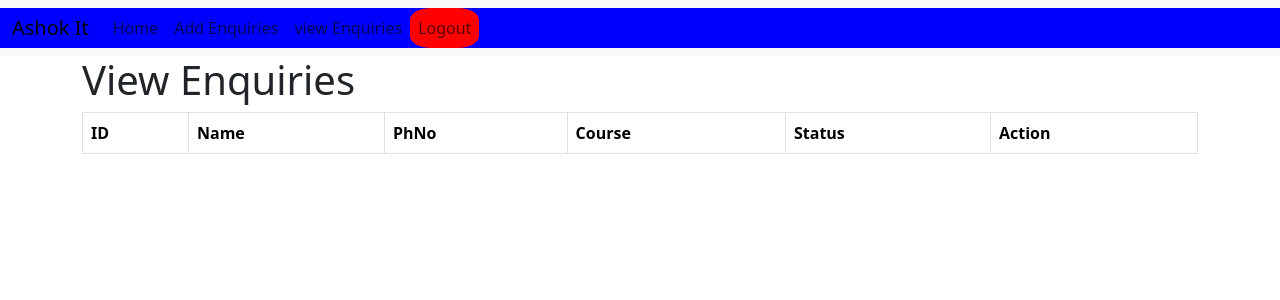
Repository: dibyajyotipanigrahi/Mini-Projects
Page: http://localhost/viewEnquiries
These files come from the project's save history. The page is drawn as it stood at one moment and after the next save; the edit follows.
The browser window is 1280 px wide. The pictures show the whole page.
The page is this project's Thymeleaf template; nobody is signed in. The template is opened directly, without the code that normally fills it, so the values that code supplies are empty.

Above is the page before, as saved 2024-04-25 20:39:34.

After the next save:
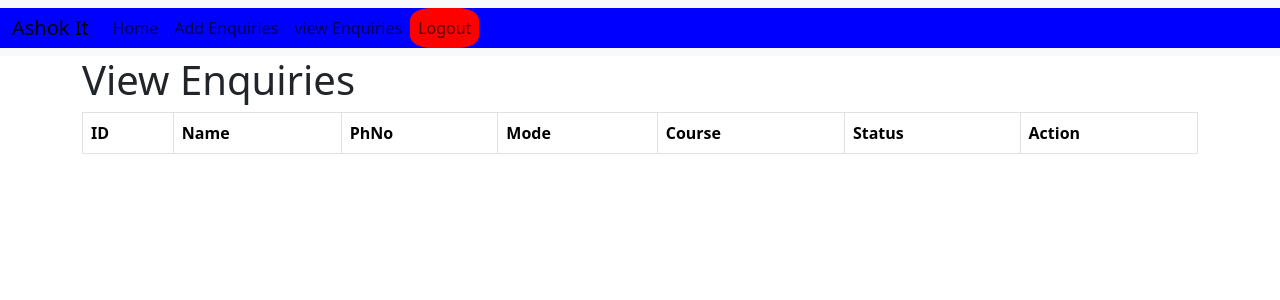
Saved 69 s later.
--- a/01-Councellors-Application/src/main/resources/templates/viewEnquiries.html
+++ b/01-Councellors-Application/src/main/resources/templates/viewEnquiries.html
@@ -46,6 +46,7 @@
 					<th>ID</th>
 					<th>Name</th>
 					<th>PhNo</th>
+					<th>Mode</th>
 					<th>Course</th>
 					<th>Status</th>
 					<th>Action</th>
